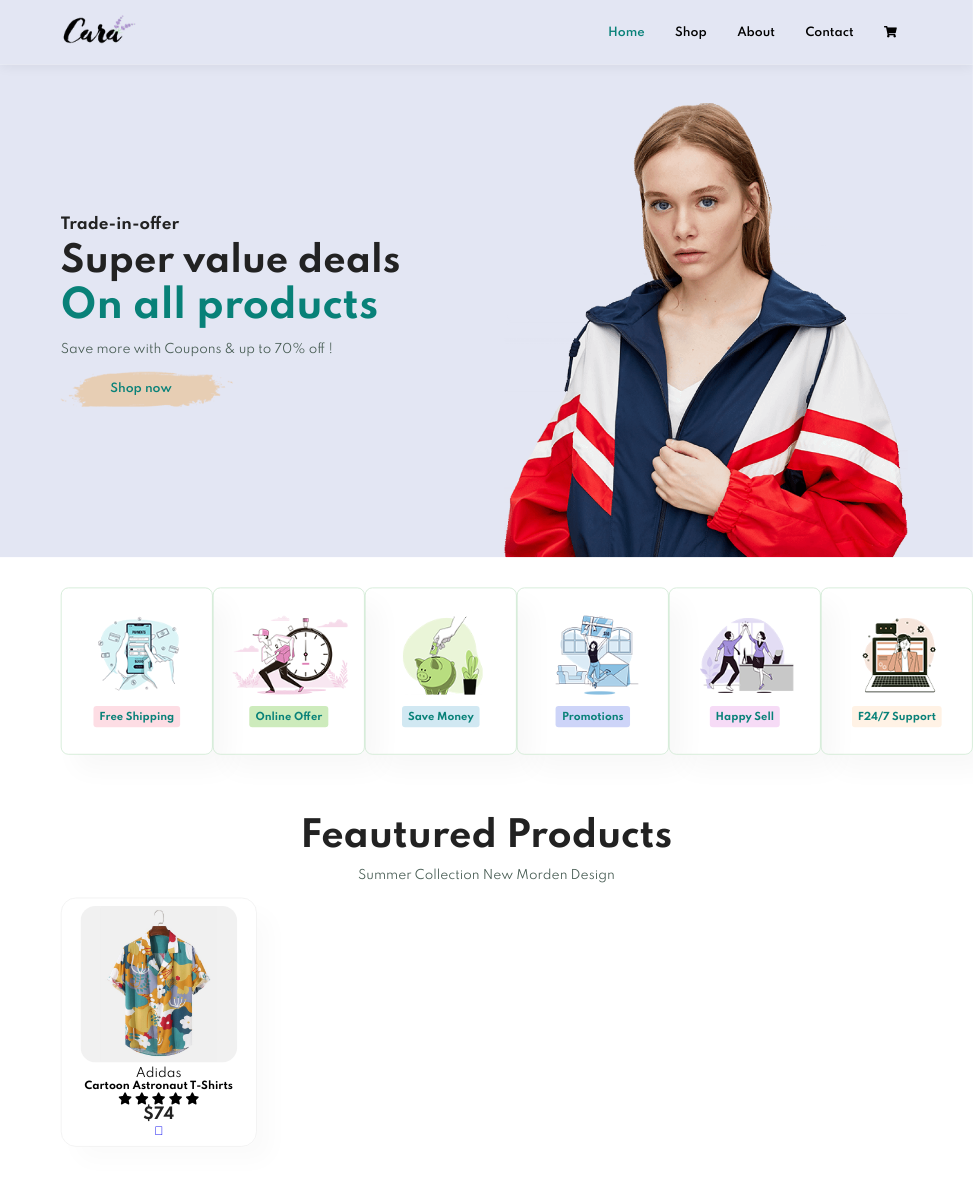
Repository: Daryllgio/E-Commerce-Website-UI
Page: index.html
The author's editor kept a copy of each file at every save. The page is drawn from the files as they stood at one save, then again after the next save.
The browser window is 1280 px wide. The pictures show the whole page, at 76% of full size.
Some web libraries are served in a nearby version.

Above is the page before, as saved 2024-12-31 13:23:48.

After the next save:
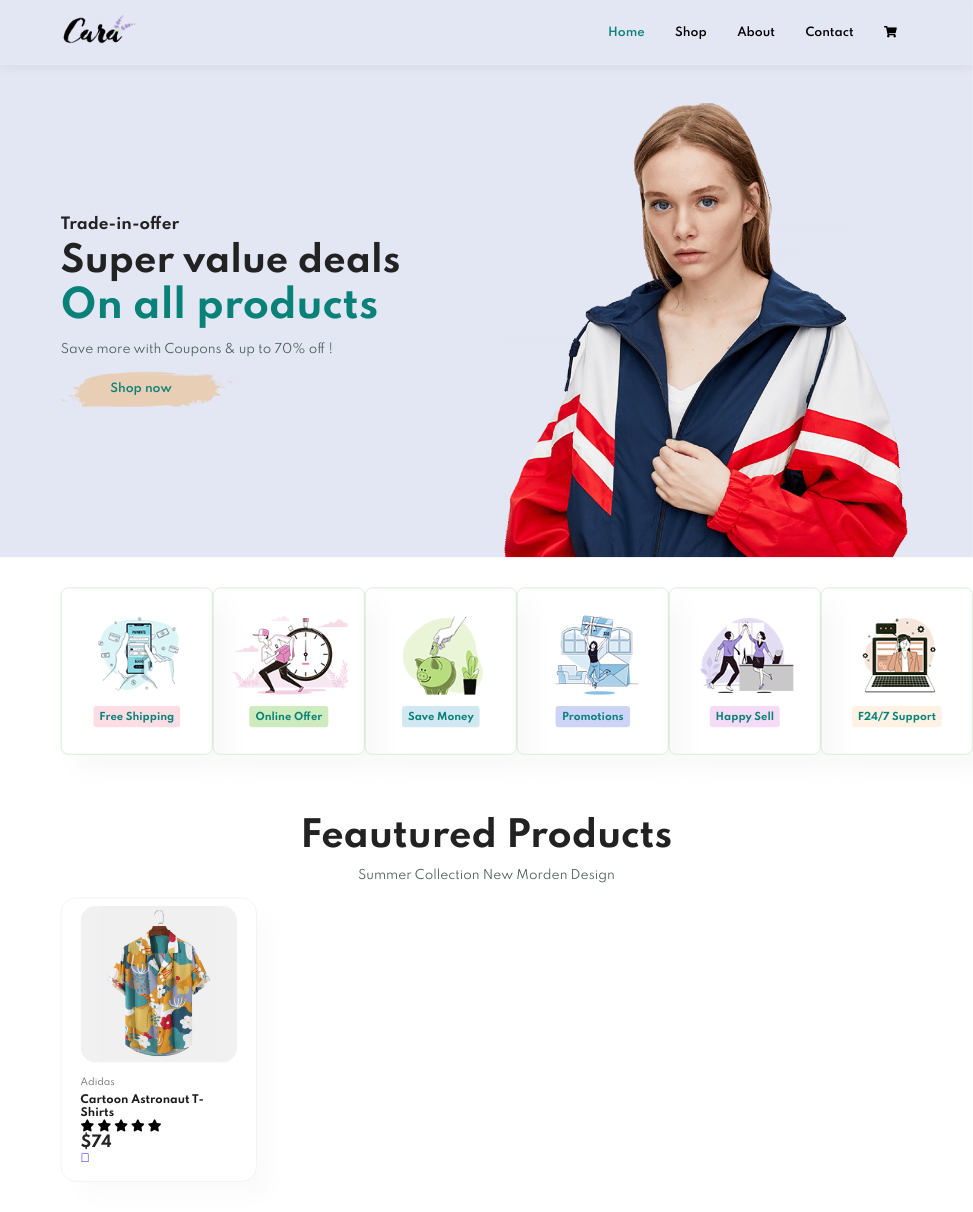
Saved 6 min 25 s later.
--- a/style.css
+++ b/style.css
@@ -203,6 +203,17 @@ body {
 }
 
 #product1 .pro .des {
-  align-items: flex-start;
-  justify-content: flex-start;
-}
+  text-align: start;
+  padding: 10px 0;
+}
+
+#product1 .pro .des span {
+  color: #606063;
+  font-size: 12px;
+}
+
+#product1 .pro .des h5 {
+  color: #1a1a1a;
+  font-size: 14px;
+  padding-top: 7px;
+}
